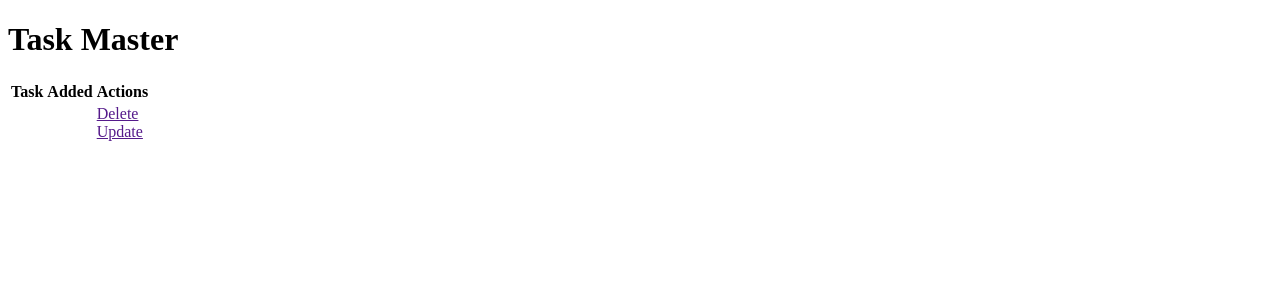
Repository: Mbote-Joseph/Python-Data-Structures
Page: http://localhost/
The author's editor kept a copy of each file at every save. The page is drawn from the files as they stood at one save, then again after the next save.
The browser window is 1280 px wide. The pictures show the whole page.
The page is served by the project's application, run on Flask 3 (app.py).

Above is the page before, as saved 2025-12-10 21:04:37.

After the next save:
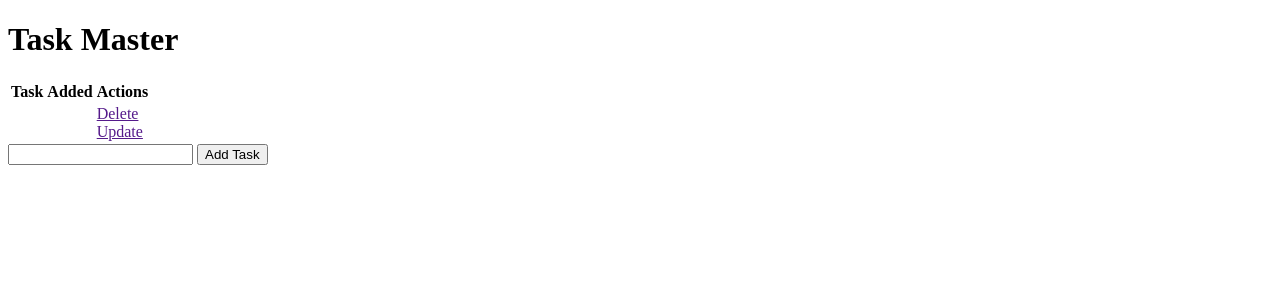
Saved 108 s later.
--- a/Flask/taskmanager/templates/index.html
+++ b/Flask/taskmanager/templates/index.html
@@ -22,5 +22,10 @@
             </td>
         </tr>
     </table>
+
+    <form action="/" method="POST">
+        <input type="text" name="content" id="content">
+        <input type="submit" value="Add Task">
+    </form>
 </div>
 {% endblock %}
